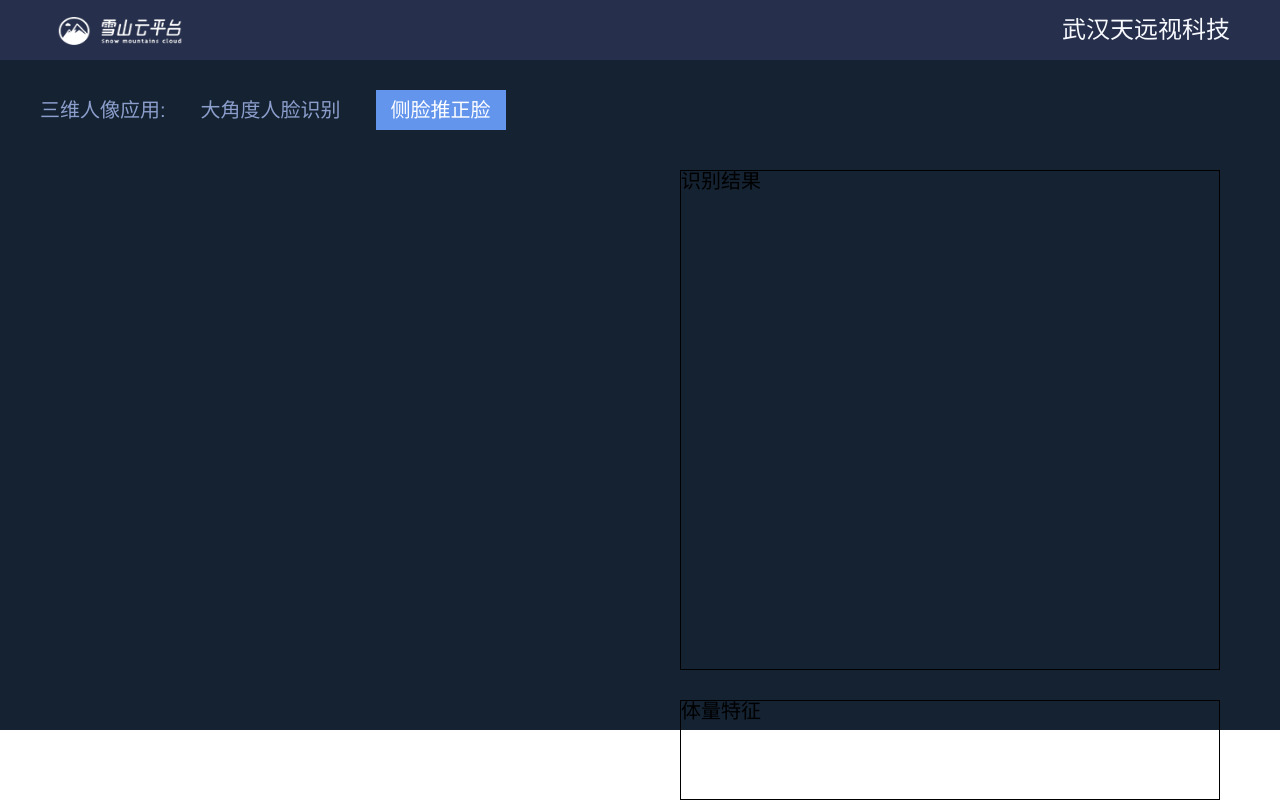
Repository: fyt2020/pubilcDemlo
Page: /#/face
These files come from the project's save history. The page is drawn as it stood at one moment and after the next save; the edit follows.
The browser window is 1280 px wide. The pictures show the whole page.
The project was rebuilt for these pictures with package versions that can differ from the ones it lists, and the page was loaded fresh each time.

Above is the page before, as saved 2020-04-28 10:32:05.

After the next save:
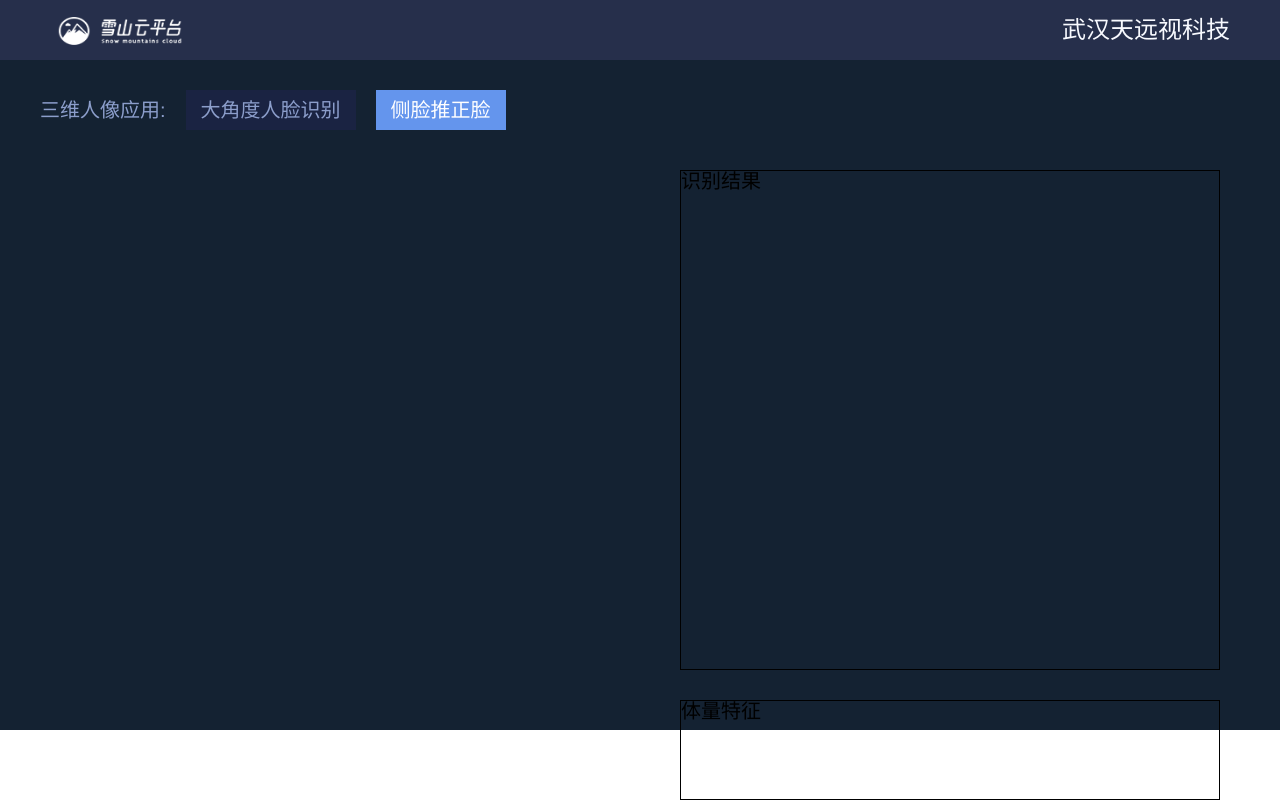
Saved 39 s later.
--- a/src/assets/css/home.scss
+++ b/src/assets/css/home.scss
@@ -47,6 +47,7 @@
             box-sizing: border-box;
             padding: 0 15px;
             margin-right: 20px;
+            background-color:  #1a2342;
         }
         &__item.exactActive{
              display: flex;
